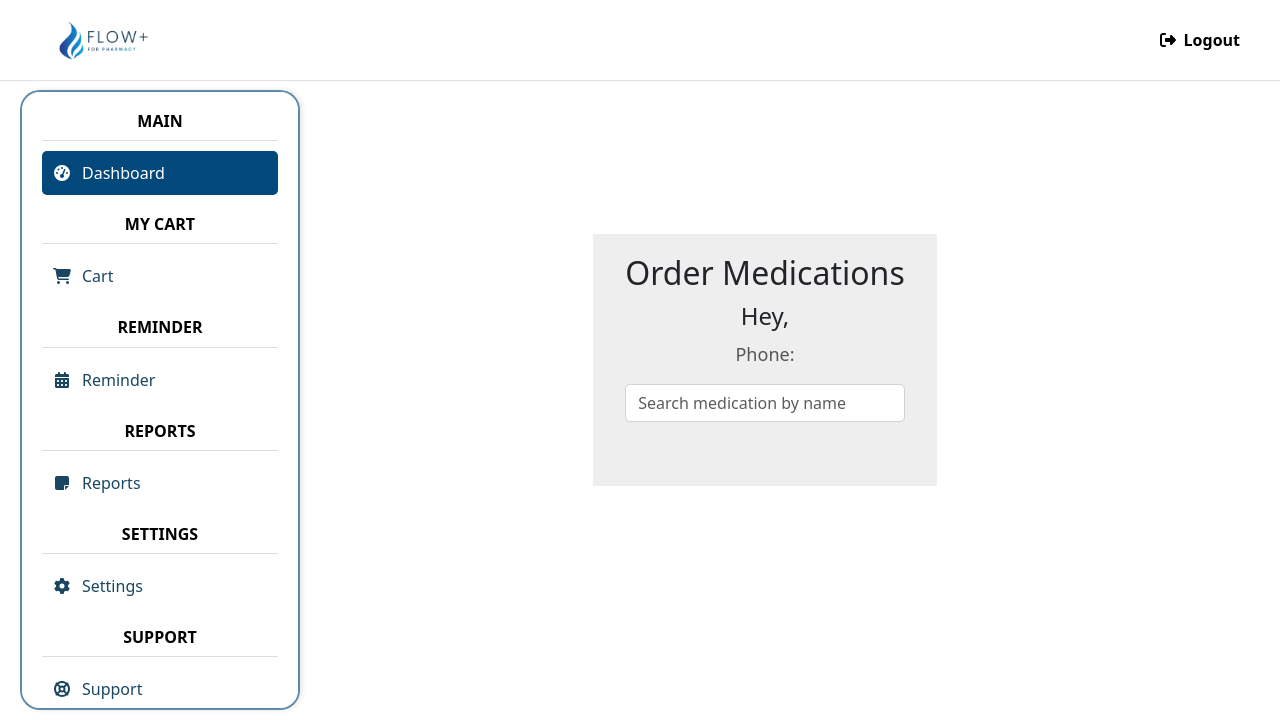
Repository: bindukabusara/Frontend
Page: /dash
An editor plug-in stored every save of this project. The page is shown before and after the next save, followed by the edit.
The browser window is 1280 px wide. The pictures show the whole page.
The page's requests for data from a server got no answer. The project was rebuilt for these pictures with package versions that can differ from the ones it lists, and the page was loaded fresh each time. No one was signed in, and anything a server would have sent is missing. Also part of the build but not shown: vite.config.js, src/components/Home.jsx, src/components/authentification/Signup.css, src/components/authentification/Signup.jsx, src/components/authentification/Login.jsx, src/components/Pharmacy/Sidebar/Sidebar.jsx, src/components/Pharmacy/Sidebar/Navbar.jsx, src/components/Content/Dashboard.jsx and 11 more.

Above is the page before, as saved 2025-03-20 10:54:40.

After the next save:
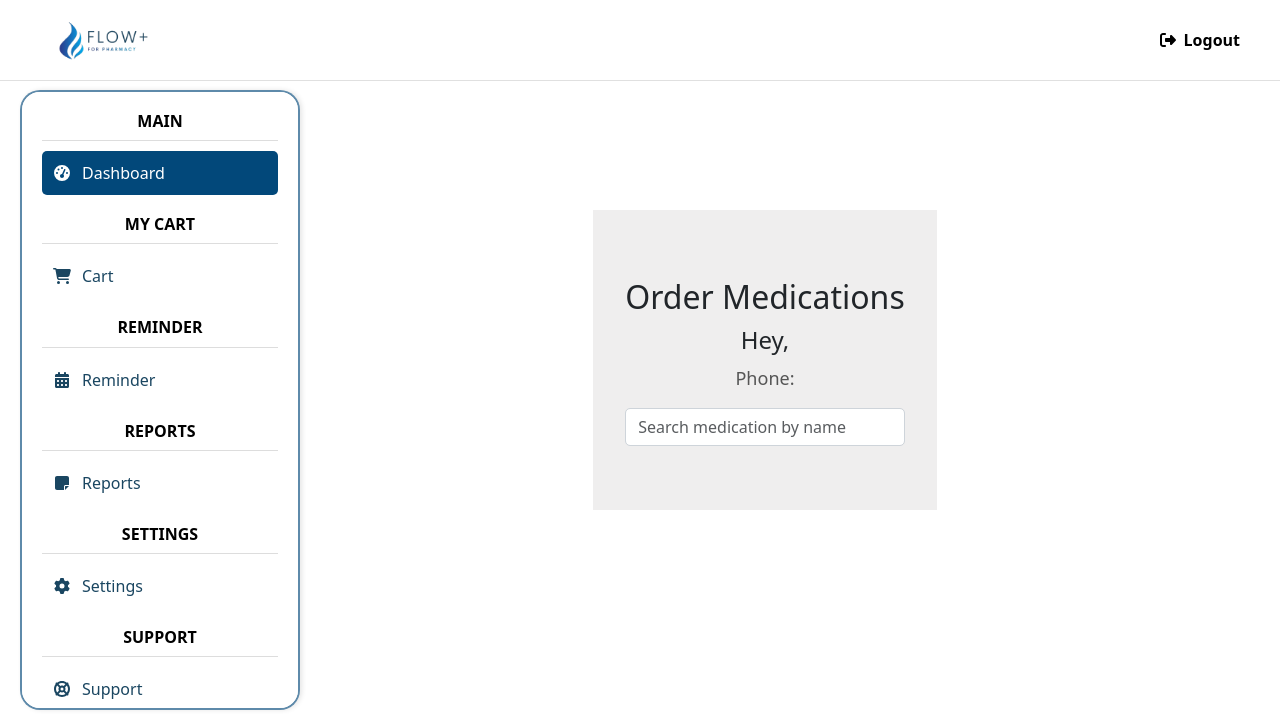
Saved 3 days later.
--- a/src/componentp/contents/Dash.jsx
+++ b/src/componentp/contents/Dash.jsx
@@ -172,7 +172,7 @@ const OrderPage = () => {
             <NavbarP />
             <SidebarP />
             <div className="main-content">
-                <Container>
+                <Container><br></br><br></br>
                     <h2>Order Medications</h2>
                     <div className="user-info">
                         <h4>Hey, {user?.firstName} {user?.lastName}</h4>
